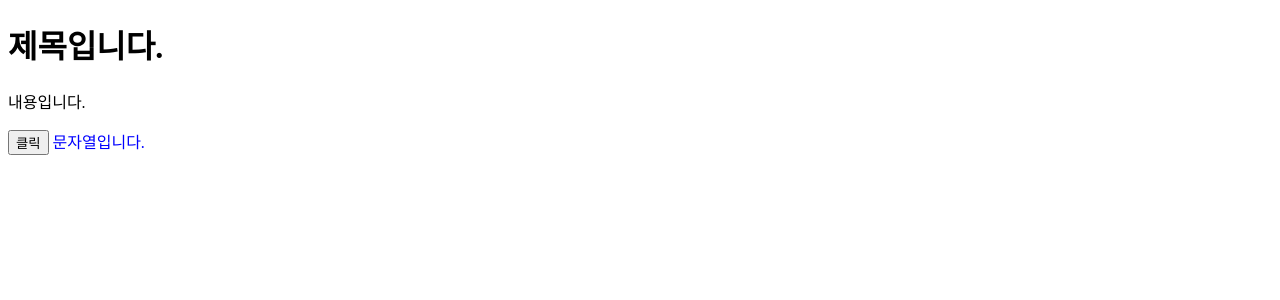
Repository: Hswwwww/WEB
Page: ClientTest/src/main/webapp/html/ex03_basic.html
An editor plug-in stored every save of this project. The page is shown before and after the next save, followed by the edit.
The browser window is 1280 px wide. The pictures show the whole page.

Above is the page before, as saved 2024-03-12 06:26:21.

After the next save:
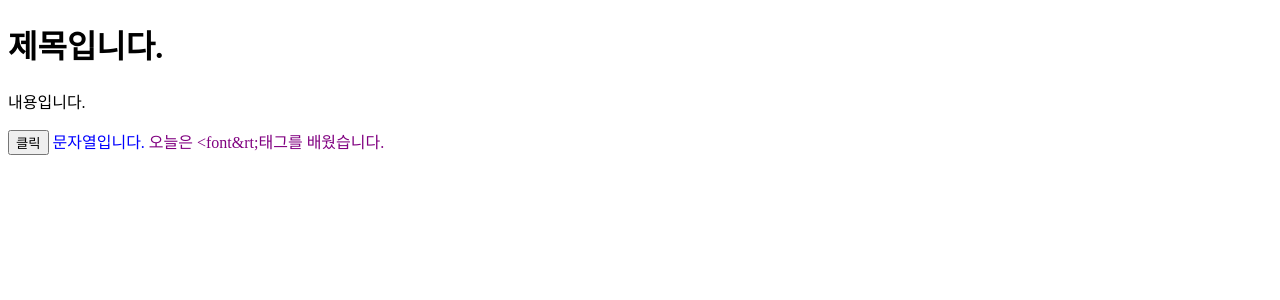
Saved 13 min 37 s later.
--- a/ClientTest/src/main/webapp/html/ex03_basic.html
+++ b/ClientTest/src/main/webapp/html/ex03_basic.html
@@ -58,16 +58,38 @@
 		2. 속성(Attribute)
 		- 태그가 가지는 데이터의 한 종류
 		- 태그의 성질을 정의하는 요소
+		- 표기법
+			a. <시작태그 속성명 = "값"></끝태그>
+			   <시작태그 속성명 = "값" 속셩명 = "값" 속성명 = "값"></끝태그>
+			b. <단독태그 속성명="값>
+			c. <시작태그 속성명 = "값"></끝태그> 사용 ㅇ
+ 			d. <시작태그 속성명 = '값'></끝태그> 사용 ㅇ
+			e. <시작태그 속성명 = 값></끝태그> 사용 x
+
+		3. 텍스트(PCDATA)
+		- 태그가 가지는 데이터
+		- 시작태그와 끝태그 사이의 모든 문자열
+		- 용도 : 화면에 출력하는 데이터
+
+		6. 엔티티(Entity)
+		- 브라우저와 정해진 약속이 되어 있는 표현 > 소스상에 약속된 표현을 작성하면 브라우저는 화면에 출력하기 전에 약속된 표현으로 바꿔서 출력한다.
+		> Built - in Entity
+		- A > B
+		- &nbsp; > 공백 1개
+		- &lt; > (<)
+		-&gt; > (>)
 
 
   -->
 	<h1> 제목입니다.</h1>
 	<p>내용입니다.</p>
-	<input type = "button" value = "클릭">
+	<input type = "button"
+					 value = "클릭">
 
 
 	<font color = "blue">문자열입니다.</font>
-	<!-- font 태그안에 color 라는 속성이 있다. -->
+	<!-- font 태그안에 color 라는 속성이 있다. > 속성은 태그를 자체를 건드리면서 꾸민다. -->
 
+	<font color = "purple"> 오늘은 &lt;font&rt;태그를 배웠습니다.</font>
 </body>
 </html>
